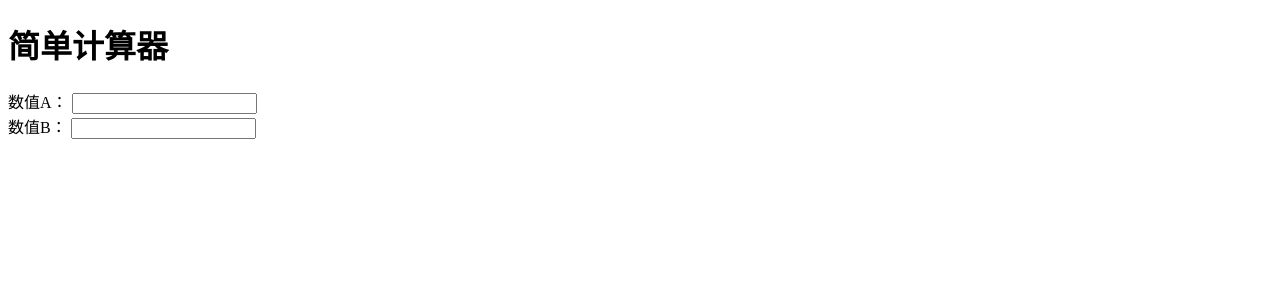
Repository: wweewweehouzi/Eonkey
Page: 2020.04.01/简单计算器.html
These files come from the project's save history. The page is drawn as it stood at one moment and after the next save; the edit follows.
The browser window is 1280 px wide. The pictures show the whole page.

Above is the page before, as saved 2020-04-01 22:05:56.
Console error: SyntaxError: Unexpected token '}'

After the next save:
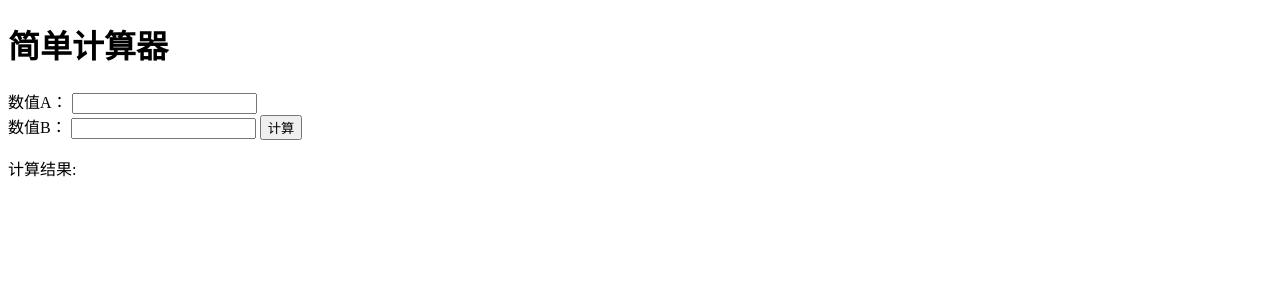
Console error: ReferenceError: fun is not defined
Saved 2 h 20 min later.
--- a/2020.04.01/简单计算器.html
+++ b/2020.04.01/简单计算器.html
@@ -20,11 +20,21 @@
             数值B：
             <input type="text" id="num2" v-model='num2'>
         </label>
+        <button>计算</button>
+        <p>计算结果: <span v-model='result'></span></p>
     </div>
 
     <script>
         var app = Vue({
-            el:
+            el: '#app',
+            data: {
+                num1: '',
+                num2: '',
+                result: '',
+            },
+            methods: {
+                add: fun
+            },
         })
     </script>
 </body>
